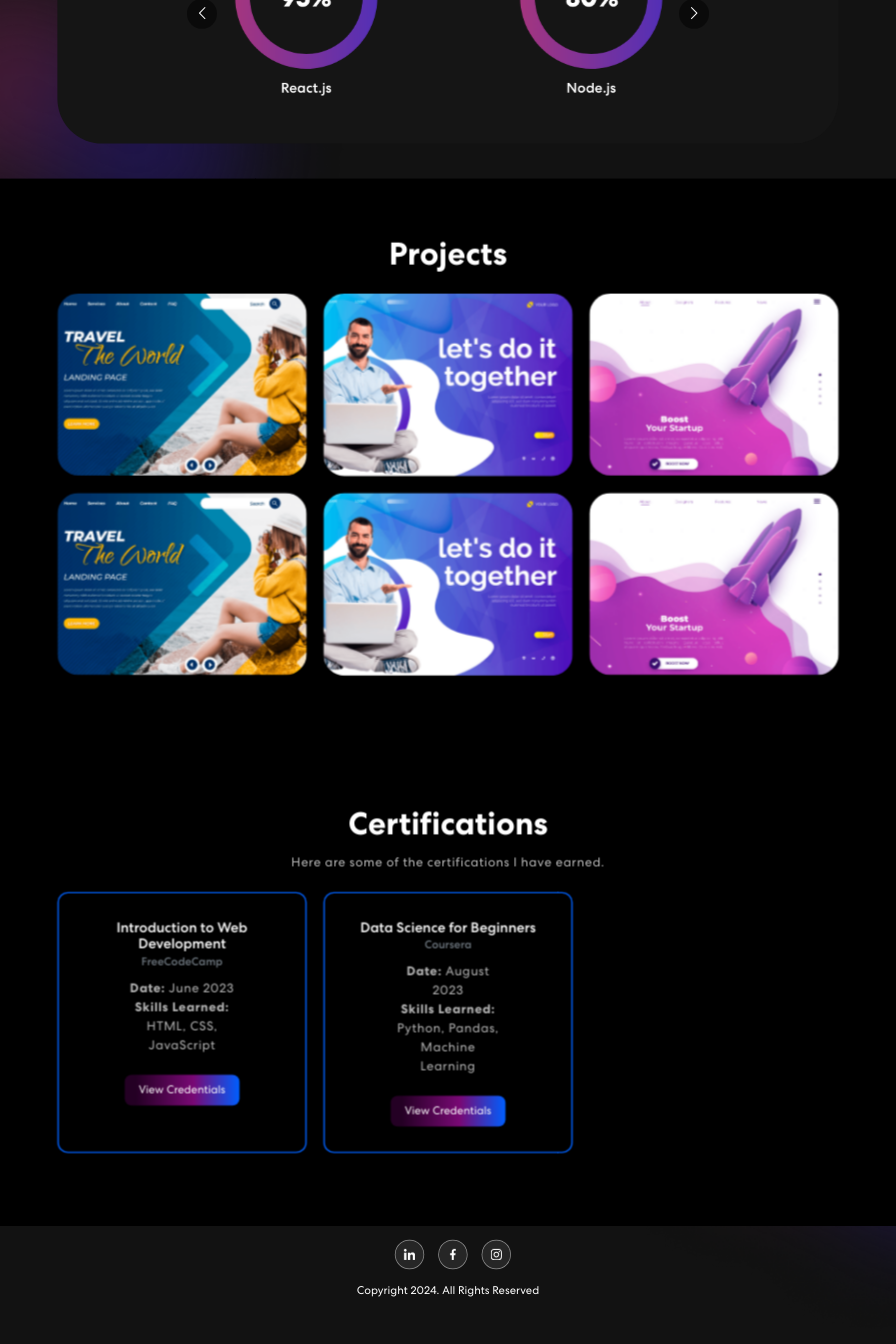
Repository: ChakerChourouk/personal-portfolio
Page: /
The author's editor kept a copy of each file at every save. The page is drawn from the files as they stood at one save, then again after the next save.
The browser window is 1280 px wide. The pictures show the part of the page from y = 1123 to 3043 px (the page is 3043 px tall before and 3030 px after), at 70% of full size.
The project was rebuilt for these pictures with package versions that can differ from the ones it lists, and the page was loaded fresh each time.

Above is the page before, as saved 2024-09-19 21:49:02.

### src/App.js
import logo from './logo.svg';
import './App.css';
import 'bootstrap/dist/css/bootstrap.min.css';
import { NavBar } from "./components/NavBar";
import { Banner } from "./components/Banner";
import { Skills } from "./components/Skills";
import { Projects } from "./components/Projects";
import { Footer } from "./components/Footer";
import { Certifications } from "./components/Certifications";

function App() {
  return (
    <div className="App">
      <NavBar />
      <Banner />
      <Skills />
      <Projects />
      <Certifications/>
      <Footer />
    </div>
  );
}

export default App;

### src/App.css
/************ Custom Font ************/
@font-face {
	font-family: Centra;
	src: url('./assets/font/CentraNo2-Bold.ttf');
	font-weight: 700;
}
@font-face {
	font-family: Centra;
	src: url('./assets/font/CentraNo2-Medium.ttf');
	font-weight: 500;
}
@font-face {
	font-family: Centra;
	src: url('./assets/font/CentraNo2-Book.ttf');
	font-weight: 400;
}

/************ Default Css ************/
* {
  margin: 0;
  padding: 0;
  box-sizing: border-box;
}

html {
  scroll-behavior: smooth;
  scroll-padding-top: 75px;
}

body {
  font-weight: 400;
  overflow-x: hidden;
  position: relative;
  background-color: #121212 !important;
  color: #fff !important;
  font-family: 'Centra', sans-serif !important;
}

h1, h2, h3, h4, h5, h6 {
  margin: 0;
  padding: 0;
  line-height: normal;
}

p, a, li, button, ul {
  margin: 0;
  padding: 0;
  line-height: normal;
  text-decoration: none;
}

a:hover {
  text-decoration: none;
}

img {
  width: 100%;
  height: auto;
}

button {
  border: 0;
  background-color: transparent;
}

input:focus, textarea:focus, select:focus {
  outline: none;
}

@media (min-width:1700px) {
	main .container {
		max-width: 100%;
		padding: 0 150px;
	}
}

p.success {
	color: green;
}

p.danger {
	color: red;
}
/************ Navbar Css ************/
nav.navbar {
  padding: 18px 0;
  position: fixed;
  width: 100%;
  top: 0;
  z-index: 9999;
  transition:  0.32s ease-in-out;
}
nav.navbar.scrolled {
  padding: 0px 0;
  background-color: #121212;
}
nav.navbar a.navbar-brand {
    width: 9%;
}
nav.navbar .navbar-nav .nav-link.navbar-link {
  font-weight: 400;
  color: #fff !important;
  letter-spacing: 0.8px;
  padding: 0 25px;
  font-size: 18px;
  opacity: 0.75;
}
nav.navbar .navbar-nav a.nav-link.navbar-link:hover,
nav.navbar .navbar-nav a.nav-link.navbar-link.active {
    opacity: 1;
}
span.navbar-text {
    display: flex;
    align-items: center;
}
.social-icon {
    display: inline-block;
    margin-left: 14px;
}
.social-icon a {
    width: 42px;
    height: 42px;
    background: rgba(217, 217, 217, 0.1);
    display: inline-flex;
    border-radius: 50%;
    margin-right: 6px;
    align-items: center;
    justify-content: center;
    line-height: 1;
    border: 1px solid rgba(255, 255, 255, 0.5);
}
.social-icon a::before {
    content: "";
    width: 42px;
    height: 42px;
    position: absolute;
    background-color: #ffffff;
    border-radius: 50%;
    transform: scale(0);
	transition: 0.3s ease-in-out;
}
.social-icon a:hover::before {
    transform: scale(1);
}
.social-icon a img {
	width: 40%;
	z-index: 1;
	transition: 0.3s ease-in-out;
}
.social-icon a:hover img {
	filter: brightness(0) saturate(100%) invert(0%) sepia(7%) saturate(98%) hue-rotate(346deg) brightness(95%) contrast(86%);
}
.navbar-text button {
  font-weight: 700;
  color: #fff;
  border: 1px solid #fff;
  padding: 18px 34px;
  font-size: 18px;
  margin-left: 18px;
	position: relative;
	background-color: transparent;
	transition: 0.3s ease-in-out;
}
.navbar-text button span {
  z-index: 1;
}
.navbar-text button::before {
  content: "";
  width: 0%;
  height: 100%;
  position: absolute;
  background-color: #fff;
  left: 0;
  top: 0;
  z-index: -1;
  transition: 0.3s ease-in-out;
}
.navbar-text button:hover {
  color: #121212;
}
.navbar-text button:hover::before {
	content: "";
	width: 100%;
	height: 100%;
	position: absolute;
}
nav.navbar .navbar-toggler:active,
nav.navbar .navbar-toggler:focus {
	outline: none;
    box-shadow: none;
}
nav.navbar .navbar-toggler-icon {
  width: 24px;
  height: 17px;
  background-image: none;
  position: relative;
  border-bottom: 2px solid #fff;
  transition: all 300ms linear;
  top: -2px;
}
nav.navbar .navbar-toggler-icon:focus {
	border-bottom: 2px solid #fff;
}
nav.navbar .navbar-toggler-icon:after,
nav.navbar .navbar-toggler-icon:before {
	width: 24px;
	position: absolute;
	height: 2px;
	background-color: #fff;
	top: 0;
	left: 0;
	content: '';
	z-index: 2;
	transition: all 300ms linear;
}
nav.navbar .navbar-toggler-icon:after {
	top: 8px;
}
nav.navbar .navbar-toggler[aria-expanded="true"] .navbar-toggler-icon:after {
	transform: rotate(45deg);
	background-color: #fff;
	height: 2px;
}
nav.navbar .navbar-toggler[aria-expanded="true"] .navbar-toggler-icon:before {
	transform: translateY(8px) rotate(-45deg);
	background-color: #fff;
	height: 2px;
}
nav.navbar .navbar-toggler[aria-expanded="true"] .navbar-toggler-icon {
	border-color: transparent;
}

/************ Banner Css ************/
.banner {
  margin-top: 0;
  padding: 260px 0 100px 0;
  background-image: url('./assets/img/banner-bg.png');
  background-position: top center;
  background-size: cover;
  background-repeat: no-repeat;
}
.banner .tagline {
  font-weight: 700;
  letter-spacing: 0.8px;
  padding: 8px 10px;
  background: linear-gradient(90.21deg, rgba(170, 54, 124, 0.5) -5.91%, rgba(74, 47, 189, 0.5) 111.58%);
  border: 1px solid rgba(255, 255, 255, 0.5);
  font-size: 20px;
  margin-bottom: 16px;
  display: inline-block;
}
.banner h1 {
  font-size: 65px;
  font-weight: 700;
  letter-spacing: 0.8px;
  line-height: 1;
  margin-bottom: 20px;
  display: block;
}
.banner p {
  color: #B8B8B8;
  font-size: 18px;
  letter-spacing: 0.8px;
  line-height: 1.5em;
  width: 96%;
}
.banner button {
  color: #fff;
  font-weight: 700;
  font-size: 20px;
  margin-top: 60px;
  letter-spacing: 0.8px;
  display: flex;
  align-items: center;
}
.banner button svg {
  font-size: 25px;
  margin-left: 10px;
  transition: 0.3s ease-in-out;
  line-height: 1;
}
.banner button:hover svg {
  margin-left: 25px;
}
.banner img {
  animation: updown 3s linear infinite;
}
@keyframes updown {
    0% {
        transform: translateY(-20px);
    }
    50% {
        transform: translateY(20px);
    }
    100% {
        transform: translateY(-20px);
    }
}
.txt-rotate > .wrap {
  border-right: 0.08em solid #666;
}

/************ Skills Css ************/
.skill {
  padding: 0 0 50px 0;
  position: relative;
}
.skill-bx {
  background: #151515;
  border-radius: 64px;
  text-align: center;
  padding: 60px 50px;
  margin-top: -60px;
}
.skill h2 {
	font-size: 45px;
	font-weight: 700;
}
.skill p {
    color: #B8B8B8;
    font-size: 18px;
    letter-spacing: 0.8px;
    line-height: 1.5em;
    margin: 14px 0 75px 0;
}
.skill-slider {
  width: 80%;
  margin: 0 auto;
  position: relative;
}
.skill-slider .item img {
  width: 50%;
  margin: 0 auto 15px auto;
}
.background-image-left {
  top: 28%;
  position: absolute;
  bottom: 0;
  width: 40%;
  z-index: -4;
}

/************ Projects Css ************/
.project {
  padding: 80px 0;
  position: relative;
  background-color: black;
}
.project h2 {
	font-size: 45px;
	font-weight: 700;
  text-align: center;
}
.project p {
  color: #B8B8B8;
  font-size: 18px;
  letter-spacing: 0.8px;
  line-height: 1.5em;
  margin: 14px auto 30px auto;
  text-align: center;
  width: 56%;
}
.project .nav.nav-pills {
  width: 72%;
  margin: 0 auto;
  border-radius: 50px;
  background-color: rgb(255 255 255 / 10%);
  overflow: hidden;
}
.project .nav.nav-pills .nav-item {
  width: 33.33333%;
}
.project .nav.nav-pills .nav-link {
  background-color: transparent;
  border-radius: 0;
  padding: 17px 0;
  color: #fff;
  width: 100%;
  font-size: 17px;
  letter-spacing: 0.8px;
  font-weight: 500;
  position: relative;
  transition: 0.3s ease-in-out;
  text-align: center;
  z-index: 0;
}
.project .nav.nav-pills .nav-link::before {
    content: "";
    position: absolute;
    width: 0;
    height: 100%;
    background: linear-gradient(90.21deg, #AA367C -5.91%, #4A2FBD 111.58%);
    top: 0;
    left: 0;
    z-index: -1;
    transition: 0.3s ease-in-out;
}
.project .nav.nav-pills .nav-link.active::before {
    width: 100% !important;
}
.project .nav.nav-pills .nav-link.active {
    border: 1px solid rgba(255, 255, 255, 1);
}
.nav-link#projects-tabs-tab-first {
  border: 1px solid rgba(255, 255, 255, 0.5);
  border-radius: 55px 0px 0px 55px;
}
.nav-link#projects-tabs-tab-second {
  border-top: 1px solid rgba(255, 255, 255, 0.5);
  border-bottom: 1px solid rgba(255, 255, 255, 0.5);
}
.nav-link#projects-tabs-tab-third {
  border: 1px solid rgba(255, 255, 255, 0.5);
  border-radius: 0 55px 55px 0;
}
.proj-imgbx {
  position: relative;
  border-radius: 30px;
  overflow: hidden;
  margin-bottom: 24px;
}
.proj-imgbx::before {
  content: "";
  background: linear-gradient(90.21deg, #AA367C -5.91%, #4A2FBD 111.58%);
  opacity: 0.85;
  position: absolute;
  width: 100%;
  height: 0;
  transition: 0.4s ease-in-out;
}
.proj-imgbx:hover::before {
  height: 100%;
}
.proj-txtx {
  position: absolute;
  text-align: center;
  top: 65%;
  left: 50%;
  transform: translate(-50%, -50%);
  transition: 0.5s ease-in-out;
  opacity: 0;
  width: 100%;
}
.proj-imgbx:hover .proj-txtx {
  top: 50%;
  opacity: 1;
}
.proj-txtx h4 {
  font-size: 30px;
  font-weight: 700;
  letter-spacing: 0.8px;
  line-height: 1.1em;
}
.proj-txtx span {
  font-style: italic;
  font-weight: 400;
  font-size: 15px;
  letter-spacing: 0.8px;
}
.background-image-right {
  top: 20%;
  position: absolute;
  bottom: 0;
  width: 35%;
  right: 0;
  z-index: -4;
}

/************ Projects Css ************/
.contact {
  background: linear-gradient(90.21deg, #AA367C -5.91%, #4A2FBD 111.58%);
  padding: 60px 0 200px 0;
}
.contact img {
  width: 92%;
}
.contact h2 {
	font-size: 45px;
	font-weight: 700;
  margin-bottom: 30px;
}
.contact form input, .contact form textarea {
  width: 100%;
  background: rgba(255, 255, 255, 0.1);
  border: 1px solid rgba(255, 255, 255, 0.5);
  border-radius: 20px;
  color: #fff;
  margin: 0 0 8px 0;
  padding: 18px 26px;
  font-weight: 500;
  font-size: 18px;
  letter-spacing: 0.8px;
  transition: 0.3s ease-in-out;
}
.contact form input:focus, .contact form textarea:focus {
  background: rgba(255, 255, 255, 1);
  color: #121212;
}
.contact form input::placeholder, .contact form textarea::placeholder {
  font-size: 16px;
  font-weight: 400;
  color: #fff;
}
.contact form input:focus::placeholder, .contact form textarea:focus::placeholder {
  color: #121212;
  opacity: 0.8;
}
.contact form button {
  font-weight: 700;
  color: #000;
  background-color: #fff;
  padding: 14px 48px;
  font-size: 18px;
  margin-top: 25px;
  border-radius: 0;
  position: relative;
  transition: 0.3s ease-in-out;
}
.contact form button span {
  z-index: 1;
  position: relative;
}
.contact form button:hover {
  color: #fff;
}
.contact form button::before {
  content: "";
  background: #121212;
  width: 0;
  height: 100%;
  position: absolute;
  top: 0;
  left: 0;
  z-index: 0;
  transition: 0.3s ease-in-out;
}
.contact form button:hover::before {
  width: 100%;
}

/************ Footer Css ************/

.footer {
  padding: 20px 0;
}

.social-icon a {
  margin: 0 10px;
}

/* Add margin to create space between icons and the text */
.text-center p {
  margin-top: 20px; /* Adjust the value for more or less space */
}


.welcome {
    font-weight: 400;
    color: #fff !important;
    letter-spacing: 0.8px;
    padding: 0 25px;
    font-size: 18px;
    opacity: 0.75;
}

.card {
  text-align: center;
  padding: 20px;
}

### src/components/NavBar.js
import { useState, useEffect } from "react";
import { Navbar, Nav, Container } from "react-bootstrap";
import {
  BrowserRouter as Router
} from "react-router-dom";

export const NavBar = () => {

  const [activeLink, setActiveLink] = useState('home');
  const [scrolled, setScrolled] = useState(false);

  useEffect(() => {
    const onScroll = () => {
      if (window.scrollY > 50) {
        setScrolled(true);
      } else {
        setScrolled(false);
      }
    }

    window.addEventListener("scroll", onScroll);

    return () => window.removeEventListener("scroll", onScroll);
  }, [])

  const onUpdateActiveLink = (value) => {
    setActiveLink(value);
  }

  return (
    <Router>
      <Navbar expand="md" className={scrolled ? "scrolled" : ""}>
        <Container>
         {/* <Navbar.Brand href="/">
            <img src={logo} alt="Logo" />
          </Navbar.Brand>*/}
          <span className="welcome">Welcome to my Portfolio<span role="img" aria-label="waving hand"> 👋</span> </span>
          <Navbar.Toggle aria-controls="basic-navbar-nav">
            <span className="navbar-toggler-icon"></span>
          </Navbar.Toggle>
          <Navbar.Collapse id="basic-navbar-nav">
            <Nav className="ms-auto">
              <Nav.Link href="#home" className={activeLink === 'home' ? 'active navbar-link' : 'navbar-link'} onClick={() => onUpdateActiveLink('home')}>Home</Nav.Link>
              <Nav.Link href="#skills" className={activeLink === 'skills' ? 'active navbar-link' : 'navbar-link'} onClick={() => onUpdateActiveLink('skills')}>Skills</Nav.Link>
              <Nav.Link href="#projects" className={activeLink === 'projects' ? 'active navbar-link' : 'navbar-link'} onClick={() => onUpdateActiveLink('projects')}>Projects</Nav.Link>
              <Nav.Link href="#contacts" className={activeLink === 'certification' ? 'active navbar-link' : 'navbar-link'} onClick={() => onUpdateActiveLink('certification')}>Certifications</Nav.Link>
              <Nav.Link href="#contacts" className={activeLink === 'contacts' ? 'active navbar-link' : 'navbar-link'} onClick={() => onUpdateActiveLink('projects')}>Contacts</Nav.Link>
            </Nav>
            {/*<span className="navbar-text">
              <div className="social-icon">
                <a href="#"><img src={navIcon1} alt="" /></a>
                <a href="#"><img src={navIcon2} alt="" /></a>
                <a href="#"><img src={navIcon3} alt="" /></a>
              </div>
            </span>*/}
          </Navbar.Collapse>
        </Container>
      </Navbar>
    </Router>
  )
}

### src/components/Projects.js
import { Container, Row, Col, Tab, Nav } from "react-bootstrap";
import { ProjectCard } from "./ProjectCard";
import projImg1 from "../assets/img/project-img1.png";
import projImg2 from "../assets/img/project-img2.png";
import projImg3 from "../assets/img/project-img3.png";
import colorSharp2 from "../assets/img/color-sharp2.png";
import 'animate.css';
import TrackVisibility from 'react-on-screen';

export const Projects = () => {

  const projects = [
    {
      title: "Business Startup",
      description: "Design & Development",
      imgUrl: projImg1,
    },
    {
      title: "Business Startup",
      description: "Design & Development",
      imgUrl: projImg2,
    },
    {
      title: "Business Startup",
      description: "Design & Development",
      imgUrl: projImg3,
    },
    {
      title: "Business Startup",
      description: "Design & Development",
      imgUrl: projImg1,
    },
    {
      title: "Business Startup",
      description: "Design & Development",
      imgUrl: projImg2,
    },
    {
      title: "Business Startup",
      description: "Design & Development",
      imgUrl: projImg3,
    },
  ];

  return (
    <section className="project" id="projects">
      <Container>
        <Row>
          <Col size={12}>
            <TrackVisibility>
              {({ isVisible }) =>
              <div className={isVisible ? "animate__animated animate__fadeIn": ""}>
                <h2>Projects</h2>
                <p>  </p>
                <Tab.Container id="projects-tabs" defaultActiveKey="first">
                  <Tab.Content id="slideInUp" className={isVisible ? "animate__animated animate__slideInUp" : ""}>
                    <Tab.Pane eventKey="first">
                      <Row>
                        {
                          projects.map((project, index) => {
                            return (
                              <ProjectCard
                                key={index}
                                {...project}
                                />
                            )
                          })
                        }
                      </Row>
                    </Tab.Pane>
                  </Tab.Content>
                </Tab.Container>
              </div>}
            </TrackVisibility>
          </Col>
        </Row>
      </Container>
      <img className="background-image-right" src={colorSharp2}></img>
    </section>
  )
}

### src/components/Footer.js
import { Container, Row, Col } from "react-bootstrap";
import logo from "../assets/img/logo.svg";
import navIcon1 from "../assets/img/nav-icon1.svg";
import navIcon2 from "../assets/img/nav-icon2.svg";
import navIcon3 from "../assets/img/nav-icon3.svg";

export const Footer = () => {
  return (
    <footer className="footer" id="contacts" >
      <Container>
        <Row className="align-items-center justify-content-center">
          <Col size={12} sm={6} className="text-center">
            <div className="social-icon">
              <a href="https://www.linkedin.com/in/chaker-chourouk-a32841257/"><img src={navIcon1} alt="Icon" /></a>
              <a href="#"><img src={navIcon2} alt="Icon" /></a>
              <a href="#"><img src={navIcon3} alt="Icon" /></a>
            </div>
            <p>Copyright 2024. All Rights Reserved</p>
          </Col>
        </Row>
      </Container>
    </footer>
  );
};

### src/components/Certifications.js
import { Container, Row, Col, Tab } from "react-bootstrap";
import { ProjectCard } from "./ProjectCard2";
import colorSharp2 from "../assets/img/color-sharp2.png";
import 'animate.css';
import TrackVisibility from 'react-on-screen';

export const Certifications = () => {

  const projects = [
    {
      title: "Introduction to Web Development",
      organization: "FreeCodeCamp",
      date: "June 2023",
      skills: ["HTML", "CSS", "JavaScript"],
      certificateUrl: "https://www.example.com/certificate1",
    },
    {
      title: "Data Science for Beginners",
      organization: "Coursera",
      date: "August 2023",
      skills: ["Python", "Pandas", "Machine Learning"],
      certificateUrl: "https://www.example.com/certificate2",
    },
  ];

  return (
    <section className="project" id="certification">
      <Container>
        <Row>
          <Col size={12}>
            <TrackVisibility>
              {({ isVisible }) =>
              <div className={isVisible ? "animate__animated animate__fadeIn": ""}>
                <h2>Certifications</h2>
                <p>Here are some of the certifications I have earned.</p>
                <Tab.Container id="projects-tabs" defaultActiveKey="first">
                  <Tab.Content id="slideInUp" className={isVisible ? "animate__animated animate__slideInUp" : ""}>
                    <Tab.Pane eventKey="first">
                      <Row>
                        {
                          projects.map((project, index) => {
                            return (
                              <Col key={index} sm={12} md={4} className="mb-4">
                                <ProjectCard
                                  title={project.title}
                                  organization={project.organization}
                                  date={project.date}
                                  skills={project.skills}
                                  certificateUrl={project.certificateUrl}
                                />
                              </Col>
                            );
                          })
                        }
                      </Row>
                    </Tab.Pane>
                  </Tab.Content>
                </Tab.Container>
              </div>}
            </TrackVisibility>
          </Col>
        </Row>
      </Container>
      <img className="background-image-right" src={colorSharp2} alt="Background" />
    </section>
  );
};

### src/components/ProjectCard2.js
import { Card, Button } from "react-bootstrap";
import './ProjectCard2.css'; // Import the CSS file

export const ProjectCard = ({ title, organization, date, skills, certificateUrl }) => {
  return (
    <Card className="custom-card h-100">
      <Card.Body>
        <Card.Title>{title}</Card.Title>
        <Card.Subtitle className="mb-2 text-muted">{organization}</Card.Subtitle>
        <Card.Text>
          <strong>Date:</strong> {date}<br />
          <strong>Skills Learned:</strong> {skills.join(", ")}
        </Card.Text>
        <Button variant="primary" href={certificateUrl} target="_blank" className="rainbow-button">
          View Credentials
        </Button>
      </Card.Body>
    </Card>
  );
};

### src/components/ProjectCard2.css

.custom-card {
    background-color: black;
    border: 2px solid;
    border-color:  rgba(0,99,255,1);
    border-radius: 15px; /* Rounded corners */
    padding: 20px;
    transition: transform 0.2s;
  }

  .custom-card:hover {
    transform: scale(1.05); /* Slight zoom on hover */
  }

  /* Rainbow button */
  .rainbow-button {
    background: rgb(36,0,36);
    background: linear-gradient(90deg, rgba(36,0,36,1) 9%, rgba(121,9,117,1) 60%, rgba(0,95,255,1) 100%);
    border: none;
    border-radius: 10px;
    padding: 10px 20px;

  }

  .rainbow-button:hover {
    background: linear-gradient(90deg, rgba(2,0,36,1) 0%, rgba(76,9,121,1) 35%, rgba(0,212,255,1) 100%);
  }

Loaded but not shown: public/index.html (common file); src/index.js (common file); src/index.css (common file); src/reportWebVitals.js (common file); src/components/ProjectCard.js (common file); src/components/Skills.js (72 lines, source omitted); src/components/Banner.js (75 lines, source omitted)

After the next save:
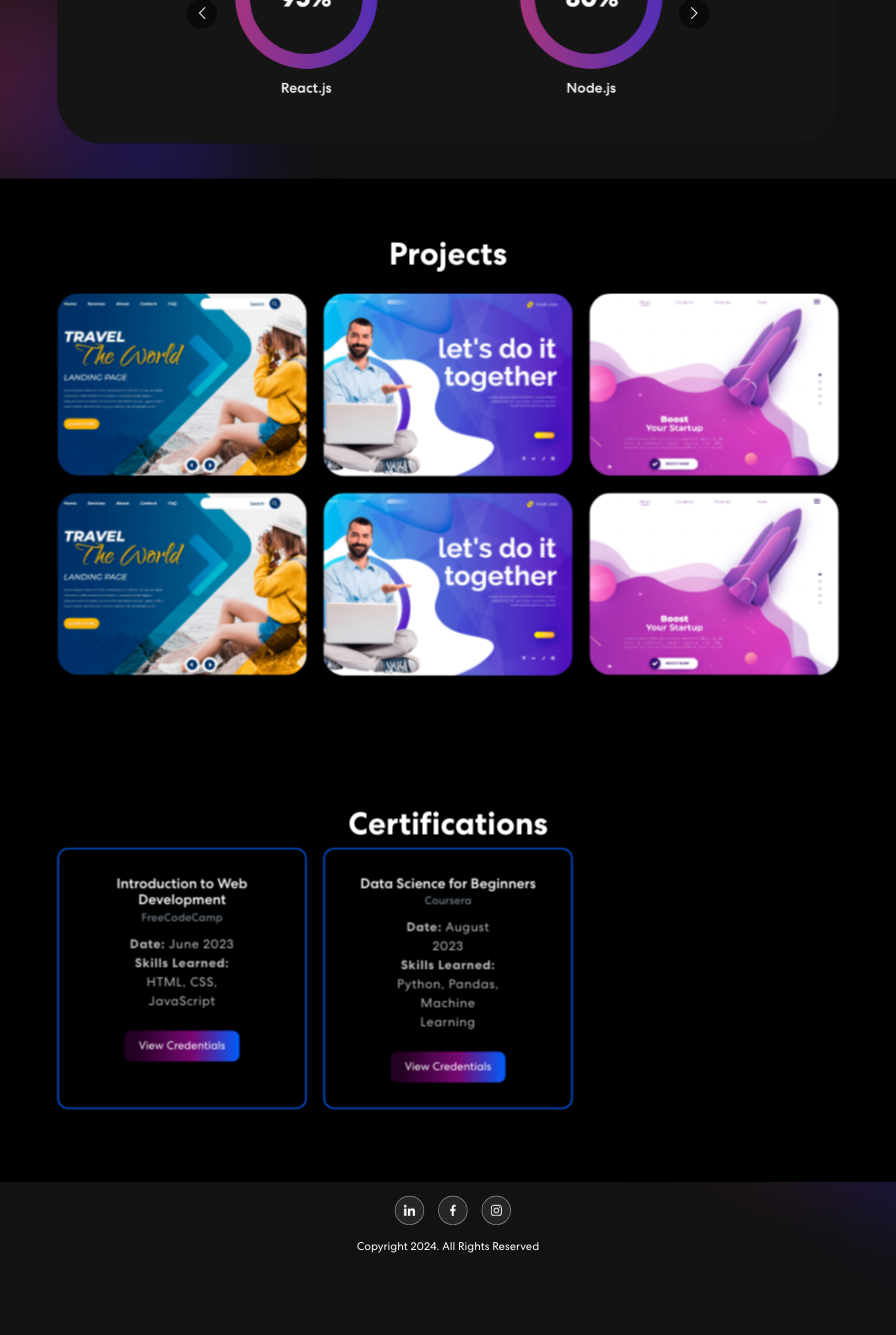
Saved 47 s later.
--- a/src/components/Certifications.js
+++ b/src/components/Certifications.js
@@ -32,7 +32,6 @@ export const Certifications = () => {
               {({ isVisible }) =>
               <div className={isVisible ? "animate__animated animate__fadeIn": ""}>
                 <h2>Certifications</h2>
-                <p>Here are some of the certifications I have earned.</p>
                 <Tab.Container id="projects-tabs" defaultActiveKey="first">
                   <Tab.Content id="slideInUp" className={isVisible ? "animate__animated animate__slideInUp" : ""}>
                     <Tab.Pane eventKey="first">
